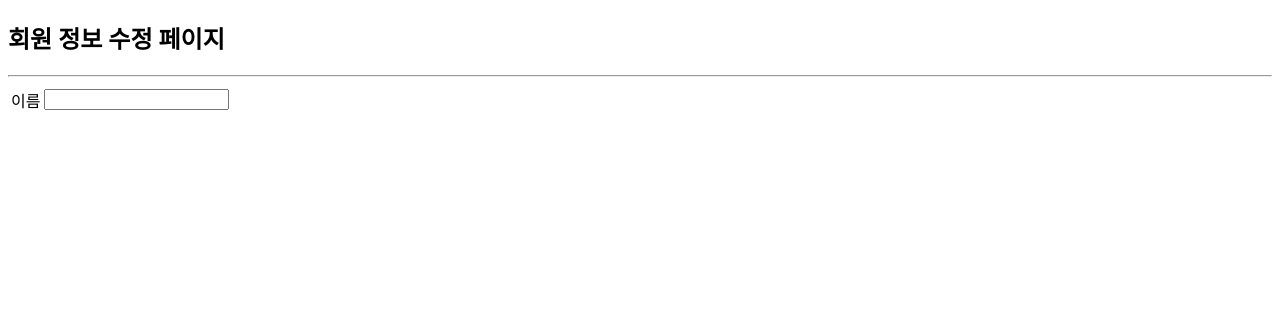
Repository: totesbk/JSP-
Page: http://localhost/web09/MemberUpdate.do
The author's editor kept a copy of each file at every save. The page is drawn from the files as they stood at one save, then again after the next save.
The browser window is 1280 px wide. The pictures show the whole page.
The page is served by Tomcat 9. Other server files are loaded and not shown. Queries for data that is not in the repository find no rows.

Above is the page before, as saved 2020-10-14 05:35:48.

### web09/WebContent/member/memberUpdate.jsp
<%@ page language="java" contentType="text/html; charset=UTF-8"
    pageEncoding="UTF-8"%>
<!DOCTYPE html>
<html>
<head>
<meta charset="UTF-8">
<title>회원 정보 수정 페이지</title>
<script type="text/javascript" src="script/member.js"></script>
</head>
<body>
<h2>회원 정보 수정 페이지</h2>
<hr>
<form action="memberUpdate.do" method="POST">
	<table>
		<tr>
			<td>이름</td>
			<td><input type="text" name="name" size="20" value="${mVo.name}"></td>
		</tr>
	</table>

</form>
</body>
</html>

### web09/src/com/green/controller/MemberUpdate.java
package com.green.controller;

import java.io.IOException;

import javax.servlet.RequestDispatcher;
import javax.servlet.ServletException;
import javax.servlet.annotation.WebServlet;
import javax.servlet.http.HttpServlet;
import javax.servlet.http.HttpServletRequest;
import javax.servlet.http.HttpServletResponse;

import com.green.vo.MemberDAO;
import com.green.vo.MemberVO;

/**
 * Servlet implementation class MemberUpdate
 */
@WebServlet("/MemberUpdate.do")
public class MemberUpdate extends HttpServlet {
	private static final long serialVersionUID = 1L;

    /**
     * @see HttpServlet#HttpServlet()
     */
    public MemberUpdate() {
        super();
        // TODO Auto-generated constructor stub
    }

	/**
	 * @see HttpServlet#doGet(HttpServletRequest request, HttpServletResponse response)
	 */
	protected void doGet(HttpServletRequest request, HttpServletResponse response) throws ServletException, IOException {
		String userid = request.getParameter("userid");

		MemberDAO dao = MemberDAO.getInstance();
		MemberVO mVo = dao.getMember(userid);

		request.setAttribute("mVo", mVo);

		RequestDispatcher dispatcher =
				request.getRequestDispatcher("member/memberUpdate.jsp");
		dispatcher.forward(request, response);
	}

	/**
	 * @see HttpServlet#doPost(HttpServletRequest request, HttpServletResponse response)
	 */
	protected void doPost(HttpServletRequest request, HttpServletResponse response) throws ServletException, IOException {
		// TODO Auto-generated method stub
		doGet(request, response);
	}

}

### web09/src/com/green/vo/MemberDAO.java
package com.green.vo;

import java.sql.Connection;
import java.sql.PreparedStatement;
import java.sql.ResultSet;

import javax.naming.Context;
import javax.naming.InitialContext;
import javax.sql.DataSource;

public class MemberDAO {//데이터베이스 연동을 위한 클래스


	/////////////////////////////////////////
	//3단계
	private MemberDAO(){}

	private static MemberDAO dao = new MemberDAO();

	public static MemberDAO getInstance() {
		return dao;
	}
	/////////////////////////////////////////
	//4단계 DBCP 등록 => 데이터베이스 접속용 메소드

	public Connection getConnection() throws Exception{
		Connection conn = null;
		Context initContext = new InitialContext();
		Context envContext  = (Context)initContext.lookup("java:/comp/env");
		DataSource ds = (DataSource)envContext.lookup("jdbc/myoracle");
		conn = ds.getConnection();

		return conn;
	}
	////////////////////////////////////////////////
	//8단계
	// +찾아온 회원 정보를 통해서 비밀번호 일치 여부로 인증처리하는 기능

	//아이디를 통해서 회원 정보 찾아오기
	public MemberVO getMember(String userid) {
		MemberVO mVo = null;
		String sql = "SELECT * FROM member WHERE userid = ?";
		Connection conn = null;
		PreparedStatement psmt = null;
		ResultSet rs = null;

		try {
			conn = getConnection();
			psmt = conn.prepareStatement(sql);
			psmt.setString(1, userid);

			rs = psmt.executeQuery();

			if(rs.next()) {
				mVo = new MemberVO();
				mVo.setName(rs.getString("name"));
				mVo.setUserid(rs.getString("userid"));
				mVo.setUserpwd(rs.getString("userpwd"));
				mVo.setEmail(rs.getString("email"));
				mVo.setPhone(rs.getString("phone"));
				mVo.setAdmin(rs.getInt("admin"));
			}

		}catch(Exception e) {
			e.printStackTrace();
		}finally {
			try {
				if(rs != null)rs.close();
				if(psmt != null)psmt.close();
				if(conn != null)conn.close();
			}catch(Exception e) {
				e.printStackTrace();
			}
		}
		return mVo;

 	}

	//사용자 인증 처리 메소드
	public int userCheck(String userid,String userpwd) {
		int result = -1;
		String sql = "SELECT userpwd FROM member WHERE userid = ?";

		Connection conn = null;
		PreparedStatement psmt = null;
		ResultSet rs = null;

		try {
			conn = getConnection();
			psmt = conn.prepareStatement(sql);
			psmt.setNString(1, userid);

			rs = psmt.executeQuery();

			if(rs.next()) {
				if(rs.getString("userpwd")!=null && rs.getString("userpwd").equals(userpwd)) {
					result = 1;//로그인 성공
				}else {
					result = 0;	//비밀번호가 null이거나, 비밀번호가 일치하지않는 경우
				}

			}else { //아이디를 찾을 수 없는 경우
				result = -1;
			}

		}catch(Exception e) {
			e.printStackTrace();
		}finally {
			try {
				if(rs != null)rs.close();
				if(psmt != null)psmt.close();
				if(conn != null)conn.close();
			}catch(Exception e) {
				e.printStackTrace();
			}
		}
		return result;
	}
	//아이디 중복 체크를 위한 메소드
	public int confirmID(String userid) {
		int result = -1;
		String sql = "SELECT userid FROM member WHERE userid=?";

			Connection conn = null;
			PreparedStatement psmt = null;
			ResultSet rs = null;

			try {
				conn = getConnection();
				psmt = conn.prepareStatement(sql);
				psmt.setNString(1, userid);

				rs = psmt.executeQuery();

				if(rs.next()) { //아이디가 존재=> 중복
					result=1;
				}else {//아이디가 부존재 =? 중복X
					result=-1;
				}

			}catch(Exception e) {
				e.printStackTrace();
			}finally {
				try {
					if(rs != null)rs.close();
					if(psmt != null)psmt.close();
					if(conn != null)conn.close();
				}catch(Exception e) {
					e.printStackTrace();
				}
			}
			return result;
	}
	//회원 가입시 적용할 쿼리문 작성할 메소드
	public int insertMember(MemberVO mVo) {
		int result = -1;

		String sql =  "INSERT INTO member VALUES(?,?,?,?,?,?)";

		Connection conn = null;
		PreparedStatement psmt = null;

		try {
			conn = getConnection();
			psmt = conn.prepareStatement(sql);

			psmt.setString(1,mVo.getName());
			psmt.setString(2,mVo.getUserid());
			psmt.setString(3,mVo.getUserpwd());
			psmt.setString(4,mVo.getEmail());
			psmt.setString(5,mVo.getPhone());
			psmt.setInt(6,mVo.getAdmin());

			result = psmt.executeUpdate();
		}catch(Exception e) {
			e.printStackTrace();
		}finally {
			try {
				if(psmt!=null)psmt.close();
				if(conn!=null)conn.close();
			}catch(Exception e) {
				e.printStackTrace();
			}
		}
		return result;
	}









}

### web09/WebContent/script/member.js
/**
 *
 */

function loginCheck(){
	if(document.frm.userid.value.length == 0){
		alert('아이디를 입력 해주세요.');
		frm.userid.focus();
		return false;
	}
	if(document.frm.userpwd.value.length == ""){
		alert('비밀번호는 반드시 입력해야 합니다.');
		frm.userpwd.focus();
		return false;
	}
	return true;
}


function idCheck(){
		if(document.frm.userid.value.length == 0){
		alert('아이디를 입력 해주세요.');
		frm.userid.focus();
		return;
	}
	var url = "idCheck.do?userid="+document.frm.userid.value;
	window.open(url,"_blank_1","toolbar=no,menubar=no,scrollbars=yes,resizable=no,width=450,height=200");
}


function idok(userid){
	opener.frm.userid.value = document.frm.userid.value;
	//opener 부모창  document => 새로열린창
	opener.frm.reid.value = document.frm.userid.value;
	self.close(); //새로열린창 종료
}

function joinCheck(){
	//이름 입력여부
	if(document.frm.name.value.length ==0){
		alert("이름을 입력해 주세요.");
		frm.name.focus();
		return false;
	}
	//아이디 입력여부
	if(document.frm.userid.value.length ==0){
		alert("아이디를 입력해 주세요.");
		frm.userid.focus();
		return false;
	}
	//아이디 길이 4글자 이상
	if(document.frm.userid.value.length < 4){
		alert("아이디는 4글자 이상 이어야 합니다.1");
		frm.userid.focus();
		return false;
	}
	//암호입력여부
	if(document.frm.userpwd.value.length == 0){
		alert("비밀번호를 입력해 주세요.");
		frm.userpwd.focus();
		return false;
	}
	//입력된 암호 일치 어부
	if(document.frm.userpwd.value.length != document.frm.pwd_check.value.length){
		alert("비밀번호가 일치하지 않습니다.");

		document.frm.userpwd.value="";
		document.frm.pwd_check.value="";

		frm.userpwd.focus();
		return false;
	}
	//아이디 중복 체크 여부
	if(document.frm.reid.value.length == 0){
		alert("중복 체크를 하지 않았습니다..");
		frm.userid.focus();
		return false;
	}
	return true;

}

After the next save:
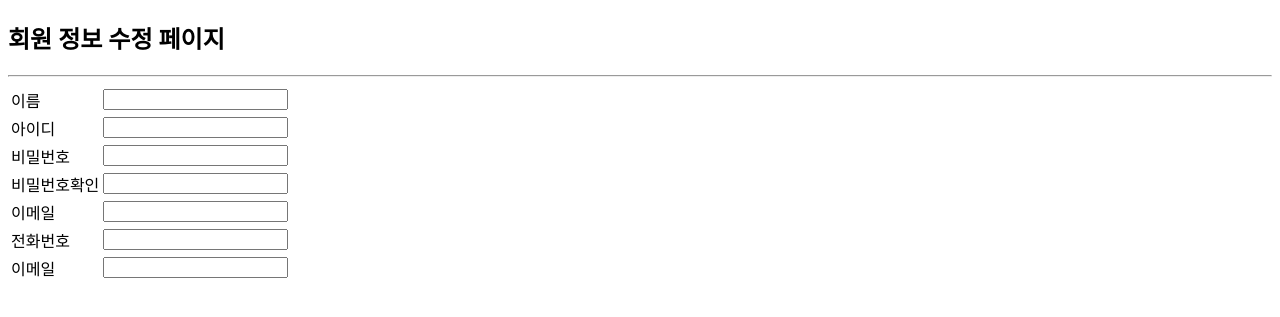
Saved 5 min 27 s later.
--- a/web09/WebContent/member/memberUpdate.jsp
+++ b/web09/WebContent/member/memberUpdate.jsp
@@ -14,7 +14,45 @@
 	<table>
 		<tr>
 			<td>이름</td>
-			<td><input type="text" name="name" size="20" value="${mVo.name}"></td>
+			<td>
+			<input type="text" name="name" size="20" value="${mVo.name}" readonly>
+			</td>
+		</tr>
+		<tr>
+			<td>아이디</td>
+			<td>
+			<input type="text" name="userid" size="20" value="${mVo.userid}" readonly>
+			</td>
+		</tr>
+		<tr>
+			<td>비밀번호</td>
+			<td>
+			<input type="password" name="userpwd" size="20">
+			</td>
+		</tr>
+		<tr>
+			<td>비밀번호확인</td>
+			<td>
+			<input type="password" name="pwd_check" size="20">
+			</td>
+		</tr>
+		<tr>
+			<td>이메일</td>
+			<td>
+			<input type="password" name="email" size="20" value="${mVo.email}">
+			</td>
+		</tr>
+		<tr>
+			<td>전화번호</td>
+			<td>
+			<input type="password" name="phone" size="20" value="${mVo.phone}">
+			</td>
+		</tr>
+		<tr>
+			<td>이메일</td>
+			<td>
+			<input type="password" name="email" size="20" value="${mVo.email}">
+			</td>
 		</tr>
 	</table>
 
